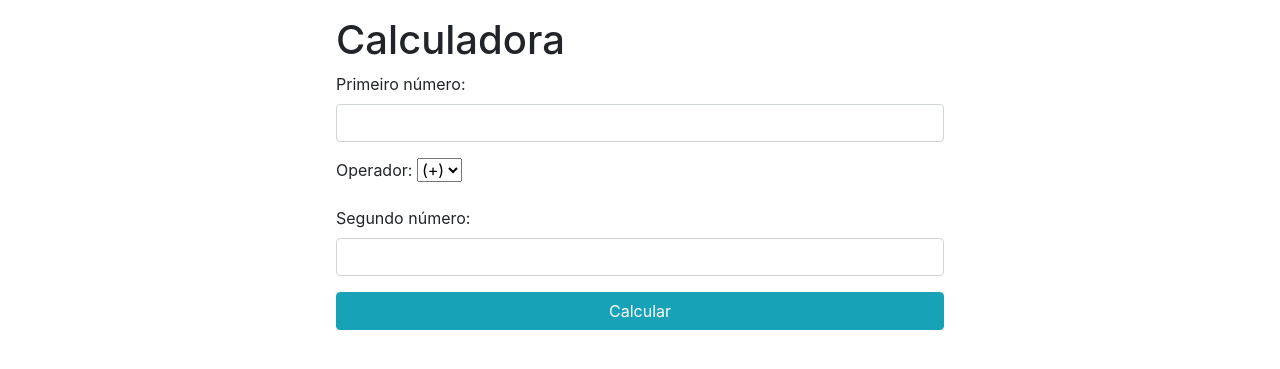
Repository: babirms/DAC
Page: Calculadora/WebContent/home.html
An editor plug-in stored every save of this project. The page is shown before and after the next save, followed by the edit.
The browser window is 1280 px wide. The pictures show the whole page.

Above is the page before, as saved 2020-09-20 23:10:20.
Console error (its wording comes from the project's code and is left out).

After the next save:
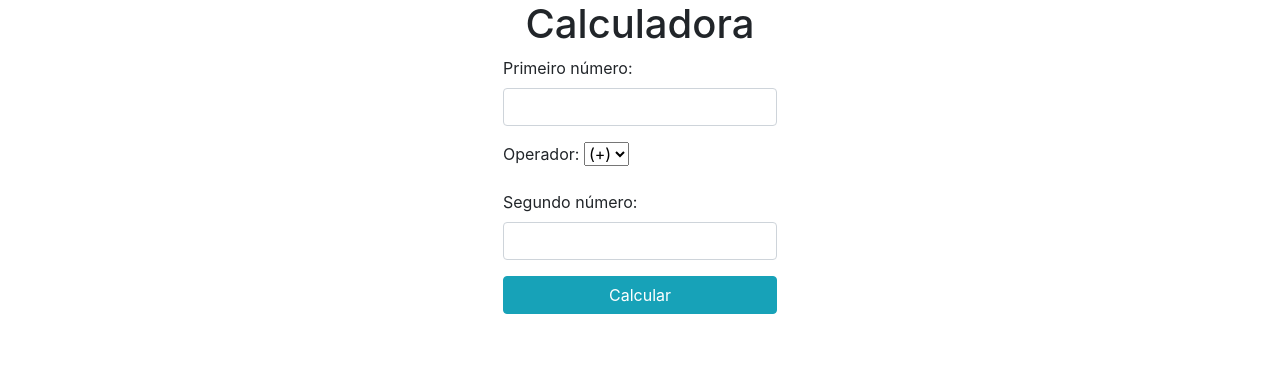
Saved 30 s later.
--- a/Calculadora/WebContent/home.html
+++ b/Calculadora/WebContent/home.html
@@ -9,7 +9,6 @@
 </head>
 <body>
 	<div class="d-flex flex-column align-items-center col-xs-10">
-	<div class="container w-50 p-3">
 		<h1>Calculadora</h1>
 		<form action="CalculadoraServlet" method="get">
 			<div class="form-group">
@@ -33,6 +32,5 @@
 			<button class="btn btn-info btn-block" type="submit">Calcular</button>
 		</form>
 	</div>
-
 </body>
 </html>
